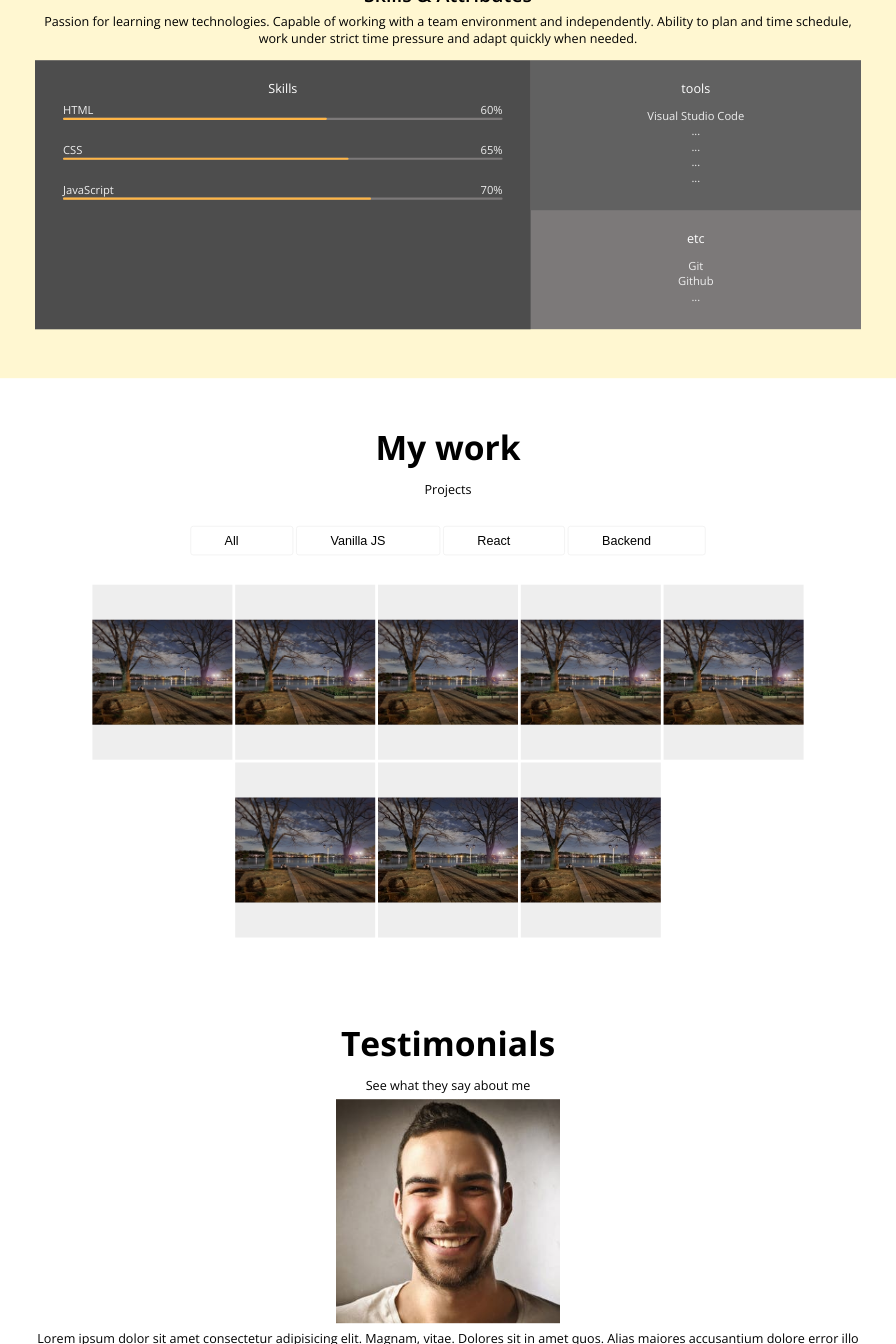
Repository: delphkim/portfolio
Page: index.html
The author's editor kept a copy of each file at every save. The page is drawn from the files as they stood at one save, then again after the next save.
The browser window is 1280 px wide. The pictures show the part of the page from y = 1725 to 3645 px (the page is 4461 px tall), at 70% of full size.
The pointer rests on the first visible `.project`.
Some web libraries are served in a nearby version.

Above is the page before, as saved 2021-08-04 16:21:10.

### index.html
<!DOCTYPE html>
<html lang="en">
  <head>
    <meta charset="UTF-8" />
    <meta http-equiv="X-UA-Compatible" content="IE=edge" />
    <meta name="viewport" content="width=device-width, initial-scale=1.0" />
    <title>DevelPhaba's Portfolio</title>
    <meta name="description" content="Portfolio for world-reknowned software engineer develPhaba"/>
    <meta name="author" content="develPhaba" />
    <link rel="icon" type="img/png" href="./imgs/favicon.png">
    <script src="https://kit.fontawesome.com/d2b892ca94.js" crossorigin="anonymous"></script>
    <link rel="preconnect" href="https://fonts.googleapis.com" />
    <link rel="preconnect" href="https://fonts.gstatic.com" crossorigin />
    <link href="https://fonts.googleapis.com/css2?family=Open+Sans:wght@400;600;700&display=swap" rel="stylesheet"/>
    <!-- CSS rules to specify families -->
    <!-- 1. font-family: 'Open Sans', sans-serif;  -->
    <link rel="stylesheet" href="./style.css">
    <script src="./main.js" defer></script>
  </head>
  <body>
    <!-- Navbar -->
    <nav id="navbar">
      <div class="navbar__logo">
        <img class="navbar__icon" src="./imgs/favicon.png" alt="logo">
        <a href="#">develPhaba</a>
      </div>

        <ul class="navbar__menu">
          <li class="navbar__menu__item active">Home</li>
          <li class="navbar__menu__item">About</li>
          <li class="navbar__menu__item">Skills</li>
          <li class="navbar__menu__item">My work</li>
          <li class="navbar__menu__item">Testimonials</li>
          <li class="navbar__menu__item">Contact</li>
        </ul>

    </nav>
    <!-- Home -->
    <section id="home">
      <img src="./imgs/home.jpg"
           alt="develPhabas' profile photo"
           class="home__avatar">
           <h1 class="home__title">Hello, <br>I'm develPhaba</br></h1>
           <h2 class="home__description">Front-end engineer, who wants to be a Full-stack engineer </h2>
           <button class="home__contact">Contact me</button>
    </section>
    <!-- About -->
    <section id="about" class="section section__container">
      <h1>About me</h1>
      <p>I've studied front-end skills.
        <br>After working as a front-end endgineer for several years,
        <br>I want to broaden my skill stack.
      </p>
      <div class="about__majors">
        <div class="major">
          <div class="major__icon">
            <i class="fab fa-html5"></i>
          </div>
          <h2 class="major__title">HTML</>
          <p class="major__description">HTML5</p>
        </div>
        <div class="major">
            <div class="major__icon">
              <i class="fab fa-css3-alt"></i>
            </div>
            <h2 class="major__title">CSS</h2>
            <p class="major__description">CSS3</p>
        </div>
        <div class="major">
          <div class="major__icon">
            <i class="fab fa-js"></i>
          </div>
          <h2 class="major__title">JavaScript</h2>
          <p class="major__description">ES5<br>ES6+</p>
        </div>
      </div>
      <div class="about__schools">
        <div class="school">
          <img src="./imgs/schools/dream-coding.png" alt="dream-coding" class="school__logo">
          <div class="school__description">
             <p class="school__title">Dream-coding Academy</p>
             <p class="school__years">2021.6~</p>
          </div>
        </div>
        <div class="school">
          <img src="./imgs/schools/inflearn.png" alt="inflearn" class="school__logo">
          <div class="school__description">
             <p class="school__title">Inflearn</p>
             <p class="school__years">2021.1~</p>
          </div>
        </div>
      </div>

    </section>
    <!-- Skills -->
     <section id="skills" class="section">
       <div class="section__container">
           <h1>Skills</h1>
  <h2>Skills & Attributes</h2>
  <p>
    Passion for learning new technologies. Capable of working with a team environment
    and independently. Ability to plan and time schedule, work under
    strict time pressure and adapt quickly when needed.
  </p>
  <div class="skillset">
    <div class="skillset__left">
      <h3 class="skillset__title">Skills</h3>
      <div class="skill">
        <div class="skill__description">
          <span>HTML</span>
          <span>60%</span>
        </div>
        <div class="skill__bar">
          <div class="skill__value" style="width: 60%"></div>
        </div>
      </div>
      <div class="skill">
        <div class="skill__description">
          <span>CSS</span>
          <span>65%</span>
        </div>
        <div class="skill__bar">
          <div class="skill__value" style="width: 65%"></div>
        </div>
      </div>
      <div class="skill">
        <div class="skill__description">
          <span>JavaScript</span>
          <span>70%</span>
        </div>
        <div class="skill__bar">
          <div class="skill__value" style="width: 70%"></div>
        </div>
      </div>
    </div>
    <div class="skillset__right">
      <div class="tools">
        <h3 class="skillset__title">tools</h3>
        <ul class="tools__list">
          <li><span>Visual Studio Code</span></li>
          <li><span>...</span></li>
          <li><span>...</span></li>
          <li><span>...</span></li>
          <li><span>...</span></li>
        </ul>
      </div>
      <div class="etc">
        <h3 class="skillset__title">etc</h3>
        <ul class="ect__list">
          <li><span>Git</span></li>
          <li><span>Github</span></li>
          <li><span>...</span></li>
        </ul>
      </div>
    </div>
  </div>
       </div>
    </section>
   <!-- Work -->
    <section id="work" class="section">
      <h1>My work</h1>
      <h3>Projects</h3>
      <div class="work__categories">
        <button class="category__btn">All <span class="category__count">8</span></button>
        <button class="category__btn">Vanilla JS <span class="category__count">3</span></button>
        <button class="category__btn">React <span class="category__count">3</span></button>
        <button class="category__btn">Backend <span class="category__count">2</span></button>
      </div>
      <div class="work__projects">
        <a href="https://github.com/develPhaba/test"
           class="project"
           target="blank">
           <img class="project__img" src="./imgs/projects/1.jpg" alt="one">
           <div class="project__description">
             <h3>first project</h3>
             <span>Clone coding with HTML and CSS</span>
           </div>
        </a>
        <a href="https://github.com/develPhaba/test"
           class="project"
           target="blank">
           <img class="project__img" src="./imgs/projects/2.jpg" alt="two">
           <div class="project__description">
            <h3>Second project</h3>
            <span>Clone coding with HTML, CSS and JavaScript</span>
          </div>
        </a>
        <a href="https://github.com/develPhaba/test"
           class="project"
           target="blank">
           <img class="project__img" src="./imgs/projects/3.jpg" alt="three">
           <div class="project__description">
            <h3>third project</h3>
            <span>Clone coding with HTML,CSS and JavaScript</span>
           </div>
        </a>
        <a href="https://github.com/develPhaba/test"
           class="project"
           target="blank">
          <img class="project__img" src="./imgs/projects/4.jpg" alt="four">
          <div class="project__description">
            <h3>fourth project</h3>
            <span>Clone coding,Front-end with React</span>
          </div>
        </a>
        <a href="https://github.com/develPhaba/test"
           class="project"
           target="blank">
          <img class="project__img" src="./imgs/projects/5.jpg" alt="five">
          <div class="project__description">
            <h3>fifth project</h3>
            <span>Clone coding,Front-end with React</span>
          </div>
        </a>
        <a href="https://github.com/develPhaba/test"
           class="project"
           target="blank">
          <img class="project__img" src="./imgs/projects/6.jpg" alt="six">
          <div class="project__description">
            <h3>sixth project</h3>
            <span>Clone coding,Front-end with React</span>
          </div>
        </a>
        <a href="https://github.com/develPhaba/test"
           class="project"
           target="blank">
           <img class="project__img" src="./imgs/projects/7.jpg" alt="seven">
           <div class="project__description">
            <h3>seventh project</h3>
            <span>Clone coding, Back-end with Node.js</span>
           </div>
        </a>
        <a href="https://github.com/develPhaba/test"
           class="project"
           target="blank">
           <img class="project__img" src="./imgs/projects/8.jpg" alt="eight">
           <div class="project__description">
            <h3>eighth project</h3>
            <span>Clone coding, Back-end with Node.js</span>
           </div>
        </a>
      </div>
    </section>
    <!-- Testimonials -->
    <section id="testimonials" class="section">
      <h1>Testimonials</h1>
      <h3>See what they say about me</h3>
      <div class="testimonials">
        <div class="testimonial">
          <img src="./imgs/testimonial/people1.jpg"
               alt="people"
               class="testimonial__avatar">
               <div class="testimonial__speech-bubble">
                 <p>Lorem ipsum dolor sit amet consectetur adipisicing elit. Magnam, vitae.
                   Dolores sit in amet quos. Alias maiores accusantium dolore error illo eligendi,
                   vel sint aperiam nemo soluta debitis deserunt voluptas.</p>
                   <p class="name"><a href="https://github.com/develPhaba/test">TestName</a>/Test company</p>
               </div>
        </div>
        <div class="testimonial">
          <img src="./imgs/testimonial/people2.jpg"
               alt="people"
               class="testimonial__avatar">
               <div class="testimonial__speech-bubble">
                <p>Lorem ipsum dolor sit amet consectetur adipisicing elit. Magnam, vitae.
                  Dolores sit in amet quos. Alias maiores accusantium dolore error illo eligendi,
                  vel sint aperiam nemo soluta debitis deserunt voluptas.</p>
                <p class="name"><a href="https://github.com/develPhaba/test">TestName2</a>/Test company2</p>
              </div>
        </div>
      </div>
    </section>
    <!-- Contact -->
    <section id="contact" class="section">
      <h1 class="contact__title">Let's talk</h1>
      <h2 class="contact__email">hgkim9201@gmail.com</h2>
      <div class="contact__links">
      <a href="https://github.com/develPhaba">
        <i class="fa fa-github"></i>
      </a>
      <a href="">
      <i class="fa fa-linkedin-square"></i>
      </a>
      </div>
      <p class="contact__rights">Dreaming-coding Ellie -All rights reserved</p>
    </section>
  </body>
</html>

### style.css
:root {
  /* Color */
  --color-white: #ffffff;
  --color-light-white: #eeeeee;
  --color-dark-white: #bdbdbd;
  --color-pink: #fe918d;
  --color-dark-pink: #ff6863;
  --color-dark-grey: #4d4d4d;
  --color-grey: #616161;
  --color-light-grey: #7c7979;
  --color-blue: #73aace;
  --color-yellow: #fff7d1;
  --color-orange: #feb546;
  --color-black: #000000;
  --color-green: #80deea;
  --color-light-green: #00e1ff;
  --color-sky-blue: #2979ff;
  --color-dark-blue: rgb(31, 94, 204);
  /* Font size */
  --font-large: 48px;
  --font-medium: 28px;
  --font-regular: 18px;
  --font-small: 16px;
  --font-micro: 14px;
  /* Font weight */
  --weight-bold: 700;
  --weight-semi-bold: 600;
  --weight-regular: 400;
  /* Size */
  --size-border-radius: 4px;
  /*Animation*/
  --animation-duration: 300ms;
}
/* Universal tags */
* {
  box-sizing: border-box;
}
body {
  font-family: "Open Sans", sans-serif;
  margin: 0;
  cursor: default;
}
a {
  text-decoration: none;
  color: var(--color-white);
}
ul {
  list-style: none;
  padding-left: 0;
}
h1 {
  font-size: var(--font-large);
  font-weight: var(--weight-bold);
  color: var(--color-black);
  margin: 16px 0;
}
h2 {
  font-size: var(--font-medium);
  font-weight: var(--weight-semi-bold);
  color: var(--color-black);
  margin: 8px 0;
}
h3 {
  font-size: var(--font-regular);
  font-weight: var(--weight-regular);
  color: var(--color-black);
  margin: 8px 0;
}
p {
  font-size: var(--font-regular);
  font-weight: var(--weight-regular);
  color: var(--color-black);
  margin: 4px 0;
}
button {
  background-color: transparent;
  cursor: pointer;
  border: none;
  outline: none;
}
/* Navbar */
#navbar {
  display: flex;
  justify-content: space-between;
  background-color: var(--color-sky-blue);
  align-items: center;
  color: var(--color-white);
  padding: 16px;
}
.navbar__logo {
  font-size: var(--font-medium);
  font-weight: var(--weight-semi-bold);
}
.navbar__icon {
  width: var(--font-medium);
  height: var(--font-medium);
}
.navbar__menu {
  display: flex;
}
.navbar__menu__item {
  padding: 8px 12px;
  margin: 0 4px;
  cursor: pointer;
  border-radius: var(--size-border-radius);
}
.navbar__menu__item:hover {
  background-color: var(--color-dark-blue);
}
.navbar__menu__item.active {
  border: 1px solid var(--color-white);
}
/*Home*/
#home {
  background: url(./imgs/homepage-background.png) center/cover no-repeat;
  padding: 40px;
  text-align: center;
}
.home__avatar {
  width: 250px;
  height: 250px;
  border-radius: 50%;
  border: 2px solid var(--color-light-white);
}
.home__title,
.home__description {
  color: var(--color-white);
}
.home__contact {
  color: var(--color-white);
  font-size: var(--font-regular);
  font-weight: var(--weight-bold);
  margin: 24px;
  padding: 8px 12px;
  border: 2px solid var(--color-white);
  border-radius: var(--size-border-radius);
}
/* Section common */
.section {
  text-align: center;
  padding: 50px;
  margin: auto;
}
.section__container {
  max-width: 1200px;
  margin: auto;
}
/* About me */
.about__majors {
  display: flex;
  justify-content: space-between;
  margin: 80px 0;
}
.major__icon {
  color: var(--color-dark-blue);
  font-size: 70px;
  width: 170px;
  height: 170px;
  line-height: 170px;
  margin: auto;
  border: 1px solid var(--color-blue);
  border-radius: 50%;
  margin-bottom: 16px;
}
.major__title,
.major__description {
  color: var(--color-dark-grey);
}
.major__description {
  font-size: var(--font-small);
}
.major__icon i {
  transition: all var(--animation-duration) ease;
}
.major__icon:hover i {
  transform: rotate(-30deg) scale(1.1);
  color: var(--color-dark-pink);
}
.school {
  display: flex;
  align-items: center;
}
.school__description {
  margin: 0 16px;
  text-align: left;
}
.school__title,
.school__years {
  color: var(--color-dark-grey);
}

.school__title {
  font-size: var(--font-small);
}
.school__years {
  font-size: var(--font-micro);
}
/* Skills */
#skills {
  background-color: var(--color-yellow);
}
.skillset {
  display: flex;
  background-color: var(--color-light-grey);
  color: var(--color-light-white);
  margin: 20px 0;
}
.skillset__title {
  color: var(--color-white);
}
.skillset__left {
  flex-basis: 60%;
  background-color: var(--color-dark-grey);
  padding: 20px 40px;
}
.skill__description {
  display: flex;
  justify-content: space-between;
}
.skillset__right {
  flex-basis: 40%;
}
.skill {
  margin-bottom: 32px;
}
.skill__bar {
  width: 100%;
  height: 3px;
  background-color: var(--color-light-grey);
  border-radius: var(--size-border-radius);
}
.skill__value {
  height: 3px;
  background-color: var(--color-orange);
  border-radius: var(--size-border-radius);
}
.tools {
  background-color: var(--color-grey);
}

.tools,
.etc {
  padding: 20px;
}

/* Work */
.work__categories {
  margin: 40px;
}
.category__btn {
  border: 1px solid var(--color-light-white);
  border-radius: var(--size-border-radius);
  font-size: var(--font-regular);
  padding: 8px 48px;
}
.category__btn.active,
.category__btn:hover {
  background-color: var(--color-sky-blue);
  color: var(--color-white);
}
.category__btn.active .category__count,
.category__btn:hover .category__count {
  opacity: 1;
  top: 0;
}
.category__count {
  border-radius: 50%;
  background-color: var(--color-light-green);
  color: var(--color-white);
  width: 24px;
  height: 24px;
  display: inline-block;
  line-height: 24px;
  position: relative;
  top: -20px;
  left: 4px;
  opacity: 0;
  transition: all var(--animation-duration) ease-in;
}

.work__projects {
  display: flex;
  flex-wrap: wrap;
  justify-content: center;
}
.project {
  width: 200px;
  height: 250px;
  margin: 2px;
  background-color: var(--color-light-white);
  position: relative;
  display: flex;
  justify-content: center;
  align-items: center;
}

.project__img {
  max-width: 100%;
  max-height: 100%;
}
.project__description {
  position: absolute;
  top: 0;
  left: 0;
  background-color: var(--color-black);
  width: 100%;
  height: 100%;
  display: flex;
  flex-direction: column;
  justify-content: center;
  opacity: 0;
  transiton: all var(--animation-duration) ease-in;
}
.project__description h3 {
  color: var(--color-white);
}
.project__description h3:after {
  content: "";
  width: 24px;
  height: 2px;
  background-color: var(--color-dark-white);
  display: block;
  position: relative;
  left: 50%;
  margin-left: -12px;
  margin-top: 8px;
}
.project:hover project__description {
  opacity: 0.5;
}

Loaded but not shown: main.js (no stored copy; drawn as an empty file)

After the next save:
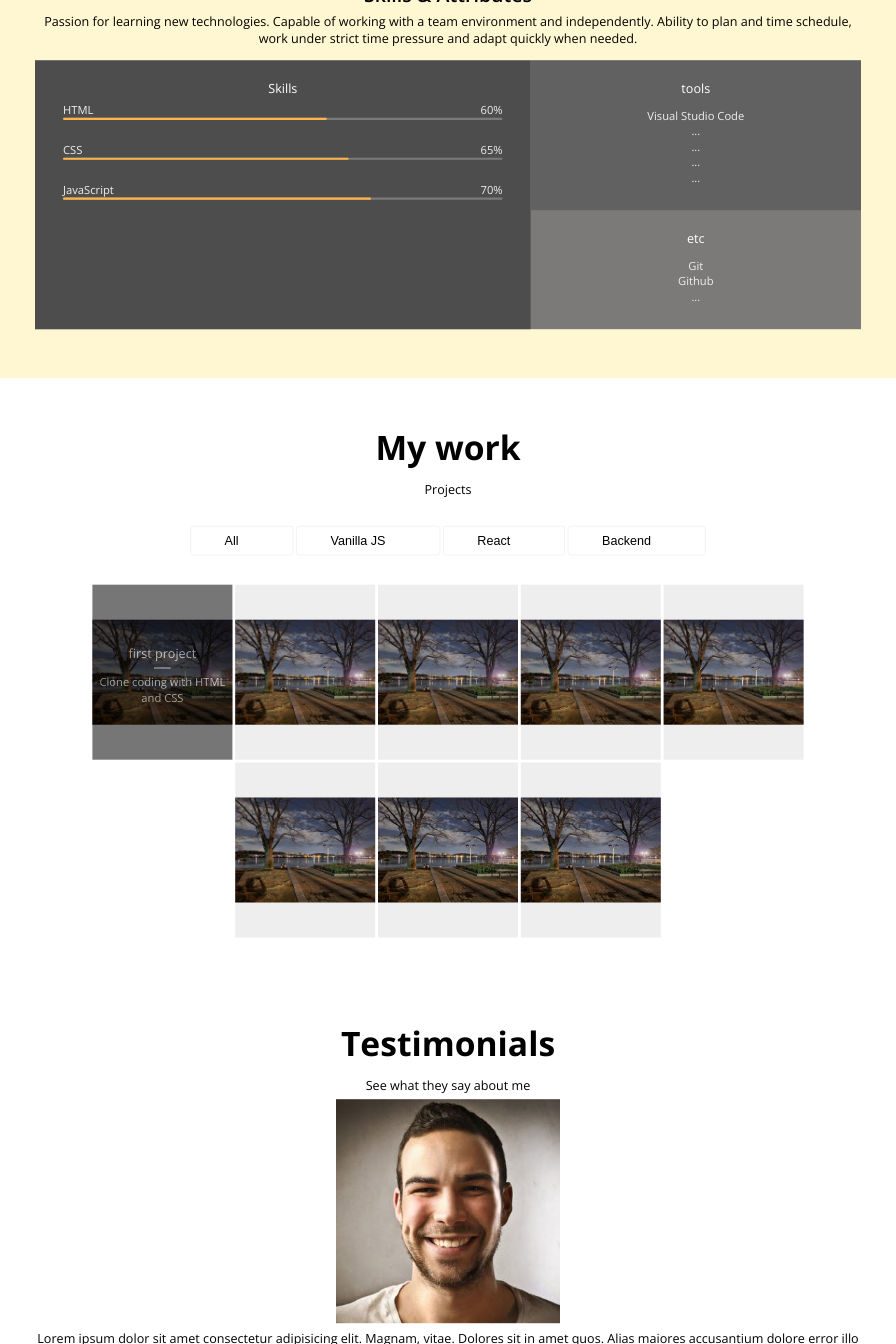
Saved 11 s later.
--- a/style.css
+++ b/style.css
@@ -325,6 +325,6 @@
   margin-left: -12px;
   margin-top: 8px;
 }
-.project:hover project__description {
+.project:hover .project__description {
   opacity: 0.5;
 }
